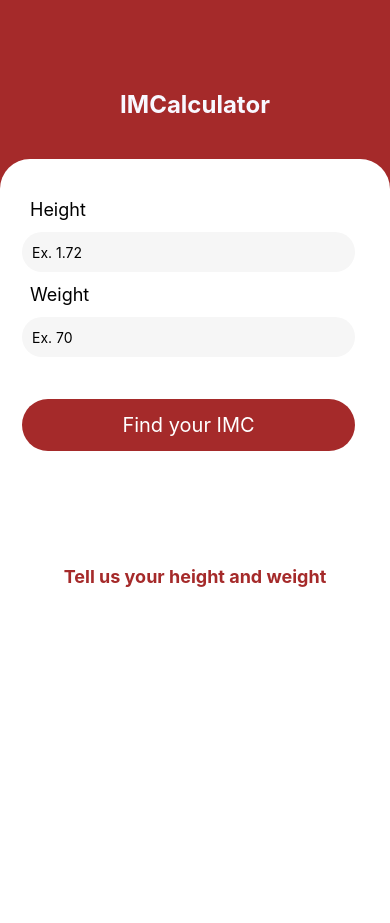
Repository: rubenmatias08/IMCTracker
Screen: /
An editor plug-in stored every save of this project. The screen is shown before and after the next save, followed by the edit.
The app was drawn by React Native's web renderer in a window 390 px wide. The project was rebuilt for these pictures with package versions that can differ from the ones it lists, and the page was loaded fresh each time.

Above is the screen before, as saved 2024-03-11 01:00:12.

### App.js
import { StyleSheet, View } from 'react-native';
import Title from './src/components/Title';
import Form from './src/components/Form/index'

export default function App() {
  return (
    <View style={styles.container}>
      <Title/>
      <Form />
    </View>
  );
}

const styles = StyleSheet.create({
  container: {
    flex: 1,
    backgroundColor: "#A52A2A",
    paddingTop: 80,

  },
});



/*
   alignItems: 'center',
    justifyContent: 'center',

*/

### src/components/Title/index.js
import React from "react";
import { View,Text } from "react-native"; //Componentes
import styles from "./style";

export default function Title(){
    return(
        <View style={styles.boxTitle}>
            <Text style={styles.textTitle}>IMCalculator</Text>
        </View>
    )
}

//Para aplicar a estilização colocamos: style={nomedoficheiroimportado.propriedadeJSON}

### src/components/Form/index.js
import React , {useState} from "react";
import { TextInput, View, Text, TouchableOpacity} from "react-native";
import ResultIMC from "./ResultIMC";
import styles from "./style";


export default function Form(){

    const [height, setHeight] = useState(null); // Altura
    const [weight, setWeight] = useState(null); // Peso
    const [messageIMC, setmessageIMC] = useState("Tell us your height and weight"); // Mensagem que contem o resultado
    const [imc,setIMC] = useState(null); // valor do IMC
    const [textButton, setTextButton] = useState("Find your IMC"); //

    //Calcular o imc é altura x altura a dividir por peso
    //E vamos querer que nos retorne o resultado (toFixed) que é para vir com 2 casas decimais apenas.
    function CalculatorIMC(){
        return setIMC((weight / (height * height)).toFixed(2))
    }

    //Caso os valores tiverem sido preenchidos ele valida, caso contrário temos de avisar o usuário para preencher os dados de altura e peso.
    //Aqui com a condição é: Caso os valores de height e weight sejam diferentes de null, ou seja, estão preenchidos... Chama a função CalculatorIMC() que fará o calculo que depois nos dá o resultado.
    function ValidationIMC(){
        if(height != null && weight != null){
            CalculatorIMC() //Função do calculo
            setHeight(null) //Reset de height para que se faça depois um novo calculo
            setWeight(null) //Reset de weight para que se faça depois um novo calculo
            setmessageIMC("Your IMC is:") //Mensagem para apresentar o resultado
            setTextButton("Try again?") //Botão com mensagem
            return //Depois de tudo isto... Retorna-nos.
        }
        setIMC(null) //caso o peso e altura sejam nulos, colocamos o imc como nulo também para que não haja resposta de possiveis calculos anteriores
        setTextButton("Find your IMC") //Para voltar a apresentar o texto original
        setmessageIMC("Tell us your height and weight") //Para voltar a apresentar o texto original

    }


    return(
        <View style={styles.formContent}>
            <View style={styles.form}>
                <Text style={styles.formLabel}>Height</Text>
                <TextInput style= {styles.input}
                onChangeText={setHeight}
                value={height}
                placeholder="Ex. 1.72"
                keyboardType="numeric"
                />

                <Text style={styles.formLabel}>Weight</Text>
                <TextInput style= {styles.input}
                onChangeText={setWeight}
                value={weight}
                placeholder="Ex. 70"
                keyboardType="numeric"
                />

               <TouchableOpacity style={styles.buttonCalculator} onPress={() => ValidationIMC()}>
               <Text style={styles.textButtonCalculator}>{textButton}</Text>
               </TouchableOpacity>

            </View>
            <ResultIMC messageResultImc={messageIMC} resultImc={imc}/>
        </View>
    )
}

//O keyboardType indica qual o tipo de teclado que ele vai abrir
//No <ResultIMC> leva duas props com propriedades dinamicas.


//Antes tinhamos um Button para clicar em vez de TouchOpacity, assim:
//  <Button onPress={() => ValidationIMC()} title={textButton}/>
//mas fizemos diferente e usamos o TouchOpacity porque é mais moderno e melhor. Há várias opções assim, basta ver na documentação do react native.

### src/components/Title/style.js
import { StyleSheet } from "react-native";

const styles = StyleSheet.create( {
    boxTitle: {
        alignItems: "center",
        justifyContent: "center",
        padding: 10,
    },
    textTitle: {
        color:"#F8F8FF",
        fontSize:24,
        fontWeight:"bold"
    }
});

export default styles;

### src/components/Form/ResultIMC/index.js
import React from "react";
import { View , Text } from "react-native";
import styles from "./style";

export default function ResultIMC(props){
    return(
        <View style={styles.ResultIMC}>
            <Text style={styles.information}>{props.messageResultImc}</Text>
            <Text style={styles.numberIMC}>{props.resultImc}</Text>
        </View>
    )
}

//Neste componente vai ser mostrado o resultado do valor de IMC e uma mensagem com o valor desse IMC.

### src/components/Form/style.js
import { StyleSheet } from "react-native";

const styles = StyleSheet.create( {
    formContent: {
        width:"100%",
        height:"100%",
        bottom:0,
        backgroundColor:"#ffffff",
        alignItems:"center",
        borderTopLeftRadius:30,
        borderTopRightRadius:30,
        marginTop:30
    },
    form: {
        width:"100%",
        height:"auto", //Colocando auto, ao colocar novos items ao conteudo ele ajusta.
        marginTop:30,
        padding:10
    },
    formLabel:{
        color:"#000000",
        fontSize:18,
        paddingLeft:20,
    },
    input:{
        width:"90%",
        borderRadius:50,
        backgroundColor:"#f6f6f6",
        height:40,
        margin:12,
        paddingLeft:10,
    },
    buttonCalculator:{
        borderRadius:50,
        alignItems:"center",
        justifyContent:"center",
        width:"90%",
        backgroundColor:"#A52A2A",
        paddingTop:14,
        paddingBottom:14,
        marginLeft:12,
        margin:30

    },
    textButtonCalculator:{
        fontSize:20,
        color: "#ffffff",
    }
});

export default styles;

### src/components/Form/ResultIMC/style.js
import { StyleSheet } from "react-native";

const styles = StyleSheet.create( {
    ResultIMC: {
        flex:1,
        marginTop:15,
        paddingTop:60,
        borderRadius:50,
        alignItems:"center",
        width:"100%",
    },
    numberIMC:{
        fontSize:48,
        color:"#A52A2A",
        fontWeight:"bold"
    },
    information:{
        fontSize:18,
        color:"#A52A2A",
        fontWeight:"bold"
    }
});

export default styles;

After the next save:
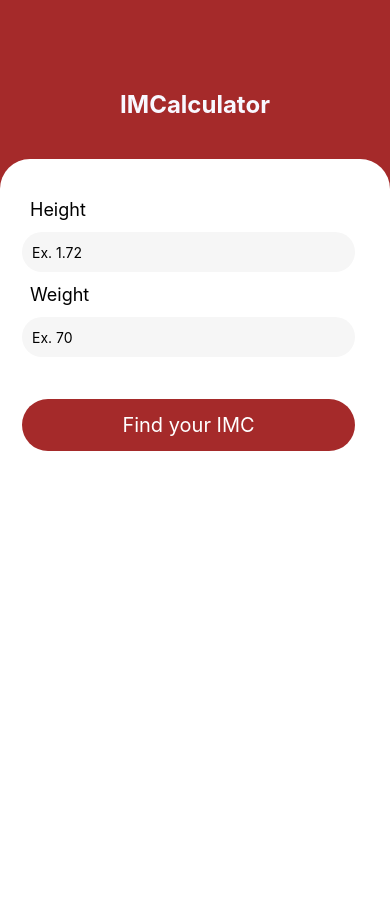
Saved 14 s later.
--- a/src/components/Form/index.js
+++ b/src/components/Form/index.js
@@ -8,7 +8,7 @@ export default function Form(){
 
     const [height, setHeight] = useState(null); // Altura
     const [weight, setWeight] = useState(null); // Peso
-    const [messageIMC, setmessageIMC] = useState("Tell us your height and weight"); // Mensagem que contem o resultado
+    const [messageIMC, setmessageIMC] = useState(""); // Mensagem que contem o resultado
     const [imc,setIMC] = useState(null); // valor do IMC
     const [textButton, setTextButton] = useState("Find your IMC"); //
 
